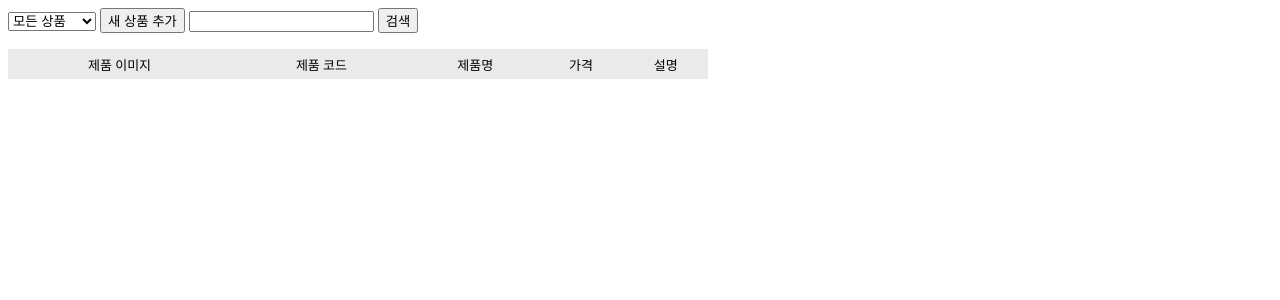
Repository: sjeong12/Photos
Page: http://localhost/LSJ_PHOTO/admin/productList.jsp
The author's editor kept a copy of each file at every save. The page is drawn from the files as they stood at one save, then again after the next save.
The browser window is 1280 px wide. The pictures show the whole page.
The page is served by Tomcat 9. Queries for data that is not in the repository find no rows.

Above is the page before, as saved 2016-12-10 08:12:51.

After the next save:
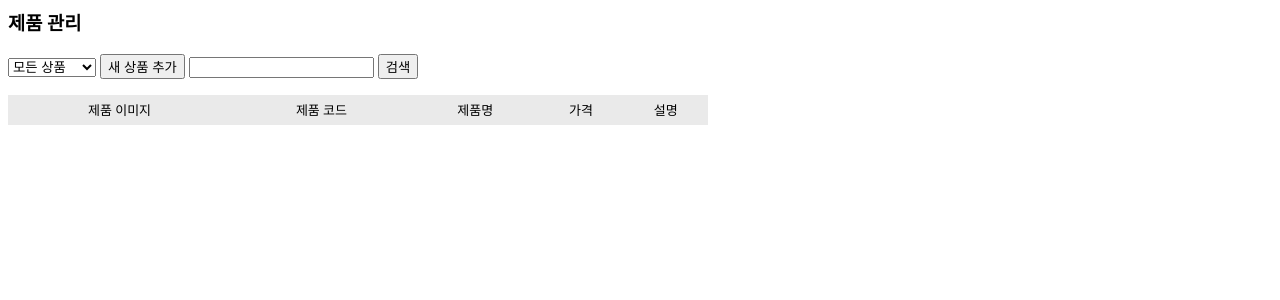
Saved 104 s later.
--- a/LSJ_PHOTO/WebContent/admin/productList.jsp
+++ b/LSJ_PHOTO/WebContent/admin/productList.jsp
@@ -1,7 +1,9 @@
 <%@ page language="java" import="java.sql.*" contentType="text/html; charset=utf-8" pageEncoding="utf-8" %>
 <% request.setCharacterEncoding("utf-8"); %>
+<meta http-equiv="Content-Type" content="text/html; charset=utf-8">
 <HTML><HEAD>
 <TITLE>제품 목록</TITLE></HEAD>
+<h3>제품 관리</h3>
 
 <script language=javascript>
 function add_product()
